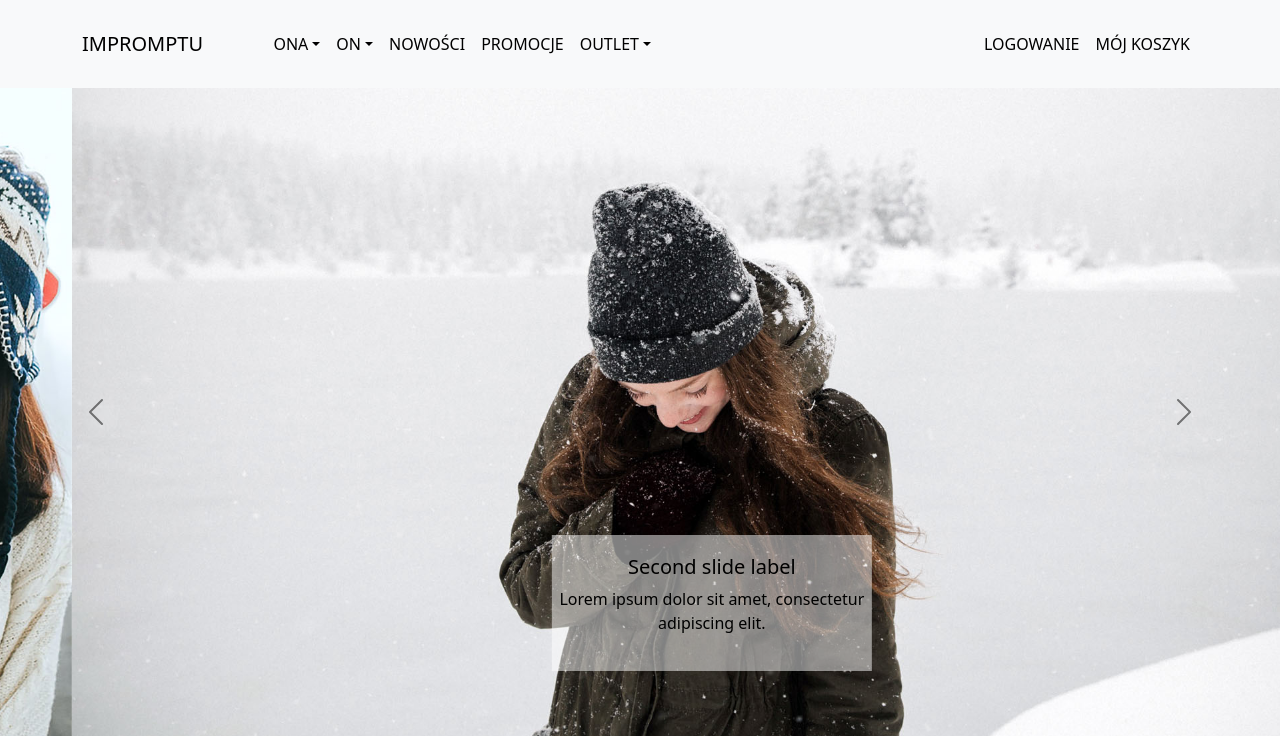
Repository: michalgornicki/Impromptu
Page: /
An editor plug-in stored every save of this project. The page is shown before and after the next save, followed by the edit.
The browser window is 1280 px wide. The pictures show the whole page.
The project was rebuilt for these pictures with package versions that can differ from the ones it lists, and the page was loaded fresh each time.

Above is the page before, as saved 2021-12-23 13:01:08.

After the next save:
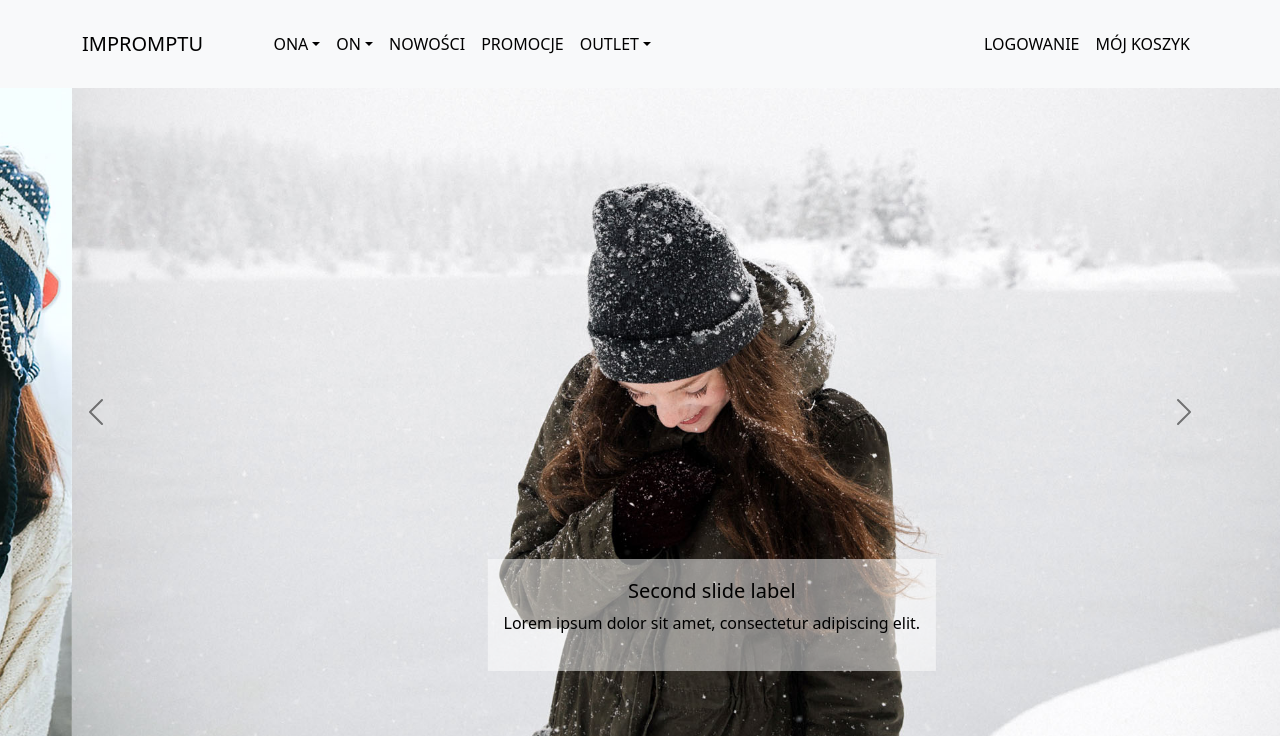
Saved 6 s later.
--- a/src/App.css
+++ b/src/App.css
@@ -18,6 +18,6 @@
 .carousel-caption{
     background-color: rgba(255, 255, 255, 0.5);
     bottom: 10%!important;
-    width: 25%;
+    width: 35%;
     margin: auto;
 }
